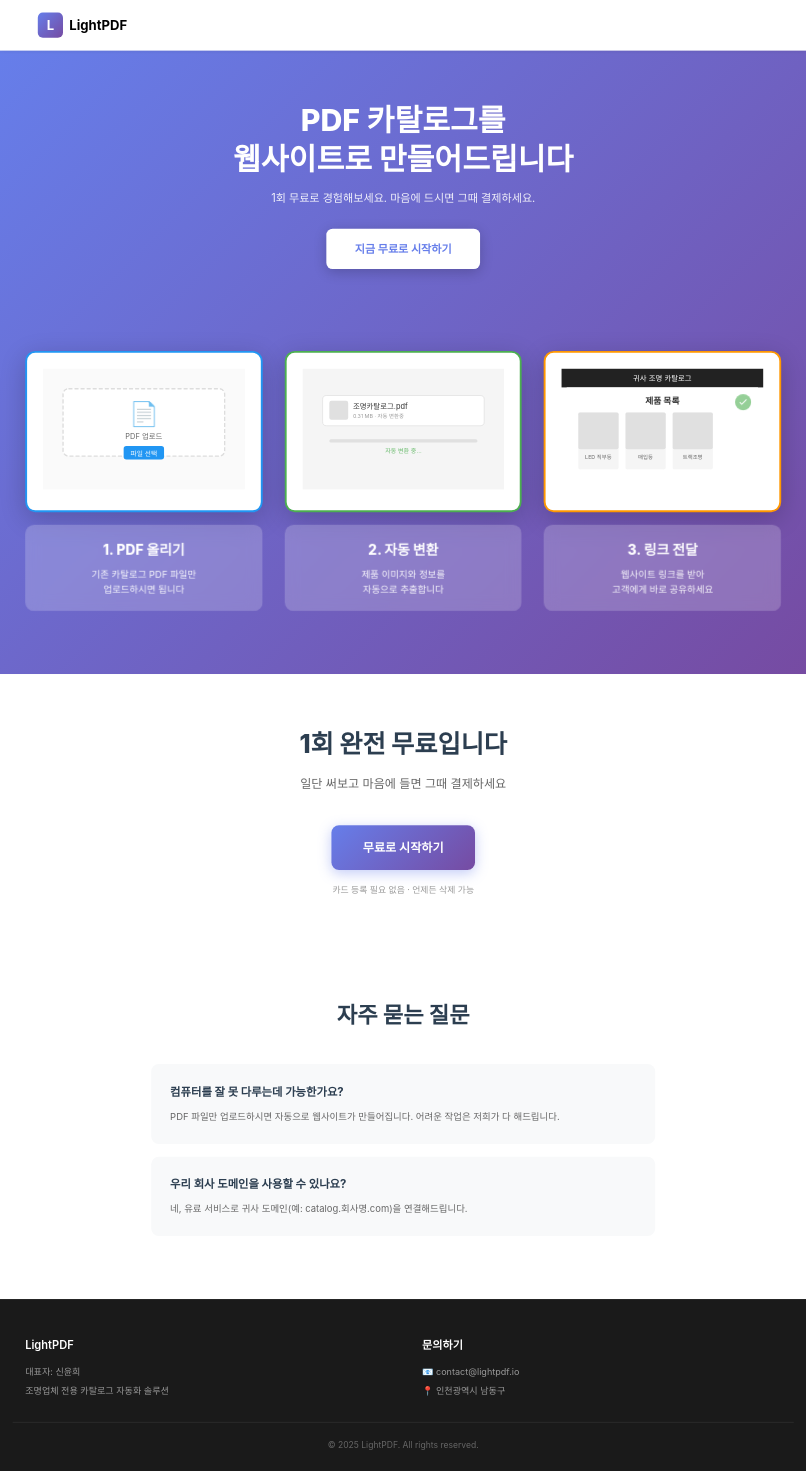
Repository: ororso11/catamaster
Page: frontend/public/index.html
These files come from the project's save history. The page is drawn as it stood at one moment and after the next save; the edit follows.
The browser window is 1280 px wide. The pictures show the whole page, at 63% of full size.

Above is the page before, as saved 2025-10-05 19:50:44.

### frontend/public/index.html
<!DOCTYPE html>
<html lang="ko">
<head>
    <meta charset="UTF-8">
    <meta name="viewport" content="width=device-width, initial-scale=1.0">
    <title>LightPDF - 조명업체 전용 카탈로그 자동 웹사이트</title>
    <link rel="stylesheet" href="style.css">
</head>
<body>
    <header>
        <div class="header-container">
            <div class="logo">
                <div class="logo-icon">L</div>
                <span>LightPDF</span>
            </div>
        </div>
    </header>

    <section class="hero">
        <div class="hero-content">
            <h1>PDF 카탈로그를<br>웹사이트로 만들어드립니다</h1>
            <!-- <p class="subtitle">조명업체를 위한 가장 쉬운 디지털 전환</p> -->
            <p class="hero-desc">1회 무료로 경험해보세요. 마음에 드시면 그때 결제하세요.</p>
            <a href="dashboard.html" class="cta-button">지금 무료로 시작하기</a>

            <div class="process-container">
                <div class="process-card">
                    <div class="card-inner card-1">
                        <svg viewBox="0 0 300 180" xmlns="http://www.w3.org/2000/svg">
                            <rect fill="#fafafa" width="300" height="180"/>
                            <rect x="30" y="30" width="240" height="100" rx="8" fill="white" stroke="#ddd" stroke-width="2" stroke-dasharray="6,3"/>
                            <text class="upload-icon" x="150" y="80" text-anchor="middle" font-size="35">📄</text>
                            <text x="150" y="105" text-anchor="middle" fill="#666" font-size="11">PDF 업로드</text>
                            <rect x="120" y="115" width="60" height="20" rx="4" fill="#2196F3"/>
                            <text x="150" y="130" text-anchor="middle" fill="white" font-size="10">파일 선택</text>
                        </svg>
                    </div>
                    <div class="card-description">
                        <h3>1. PDF 올리기</h3>
                        <p>기존 카탈로그 PDF 파일만<br>업로드하시면 됩니다</p>
                    </div>
                </div>

                <div class="process-card">
                    <div class="card-inner card-2">
                        <svg viewBox="0 0 300 180" xmlns="http://www.w3.org/2000/svg">
                            <rect fill="#f5f5f5" width="300" height="180"/>
                            <rect x="30" y="40" width="240" height="45" rx="6" fill="white" stroke="#ddd"/>
                            <rect x="40" y="48" width="28" height="28" rx="3" fill="#e0e0e0"/>
                            <text x="75" y="60" fill="#333" font-size="11">조명카탈로그.pdf</text>
                            <text x="75" y="73" fill="#999" font-size="8">0.31 MB · 자동 변환중</text>
                            <rect x="40" y="105" width="220" height="5" rx="2.5" fill="#e0e0e0"/>
                            <rect class="progress-bar" x="40" y="105" width="0" height="5" rx="2.5" fill="#4CAF50"/>
                            <text class="processing-text" x="150" y="125" text-anchor="middle" fill="#4CAF50" font-size="9">자동 변환 중...</text>
                        </svg>
                    </div>
                    <div class="card-description">
                        <h3>2. 자동 변환</h3>
                        <p>제품 이미지와 정보를<br>자동으로 추출합니다</p>
                    </div>
                </div>

                <div class="process-card">
                    <div class="card-inner card-3">
                        <svg viewBox="0 0 300 180" xmlns="http://www.w3.org/2000/svg">
                            <rect fill="#222" width="300" height="28"/>
                            <text x="150" y="19" text-anchor="middle" fill="white" font-size="11">귀사 조명 카탈로그</text>
                            <rect x="8" y="28" width="284" height="144" fill="#fff"/>
                            <text x="150" y="52" text-anchor="middle" fill="#333" font-size="13" font-weight="bold">제품 목록</text>

                            <g class="product-1">
                                <rect x="25" y="65" width="60" height="85" rx="3" fill="#f5f5f5"/>
                                <rect x="25" y="65" width="60" height="55" rx="3" fill="#e0e0e0"/>
                                <text x="55" y="135" text-anchor="middle" fill="#666" font-size="8">LED 직부등</text>
                            </g>

                            <g class="product-2">
                                <rect x="95" y="65" width="60" height="85" rx="3" fill="#f5f5f5"/>
                                <rect x="95" y="65" width="60" height="55" rx="3" fill="#e0e0e0"/>
                                <text x="125" y="135" text-anchor="middle" fill="#666" font-size="8">매입등</text>
                            </g>

                            <g class="product-3">
                                <rect x="165" y="65" width="60" height="85" rx="3" fill="#f5f5f5"/>
                                <rect x="165" y="65" width="60" height="55" rx="3" fill="#e0e0e0"/>
                                <text x="195" y="135" text-anchor="middle" fill="#666" font-size="8">트랙조명</text>
                            </g>

                            <g class="checkmark">
                                <circle cx="270" cy="50" r="12" fill="#4CAF50"/>
                                <path d="M 265 50 L 268 53 L 275 46" stroke="white" stroke-width="1.5" fill="none"/>
                            </g>
                        </svg>
                    </div>
                    <div class="card-description">
                        <h3>3. 링크 전달</h3>
                        <p>웹사이트 링크를 받아<br>고객에게 바로 공유하세요</p>
                    </div>
                </div>
            </div>
        </div>
    </section>

    <!-- 무료 체험 강조 섹션 -->
    <section class="free-trial">
        <div class="trial-container">
            <div class="trial-content">
                <h2>1회 완전 무료입니다</h2>
                <p class="trial-subtitle">일단 써보고 마음에 들면 그때 결제하세요</p>
                <a href="dashboard.html" class="trial-btn">무료로 시작하기</a>
                <p class="trial-note">카드 등록 필요 없음 · 언제든 삭제 가능</p>
            </div>
        </div>
    </section>

    <!-- FAQ -->
    <section class="faq">
        <div class="faq-container">
            <h2 class="section-title">자주 묻는 질문</h2>

            <div class="faq-list">

                <div class="faq-item">
                    <h4>컴퓨터를 잘 못 다루는데 가능한가요?</h4>
                    <p>PDF 파일만 업로드하시면 자동으로 웹사이트가 만들어집니다. 어려운 작업은 저희가 다 해드립니다.</p>
                </div>

                <div class="faq-item">
                    <h4>우리 회사 도메인을 사용할 수 있나요?</h4>
                    <p>네, 유료 서비스로 귀사 도메인(예: catalog.회사명.com)을 연결해드립니다.</p>
                </div>
            </div>
        </div>
    </section>

    <!-- <section class="partners">
        <h2 class="section-title">조명업계가 선택한 이유</h2>
        <p class="section-subtitle">함께 성장하는 파트너사들</p>

        <div class="partners-slider">
            <div class="partners-track">
                <div class="partner-card"><div class="partner-logo">💡</div><div class="partner-name">조명산업협회</div></div>
                <div class="partner-card"><div class="partner-logo">🏢</div><div class="partner-name">LED 제조사 연합</div></div>
                <div class="partner-card"><div class="partner-logo">🌟</div><div class="partner-name">인테리어 조명</div></div>
                <div class="partner-card"><div class="partner-logo">🔧</div><div class="partner-name">건축 조명</div></div>
                <div class="partner-card"><div class="partner-logo">🎯</div><div class="partner-name">스마트 조명</div></div>
                <div class="partner-card"><div class="partner-logo">💡</div><div class="partner-name">조명산업협회</div></div>
                <div class="partner-card"><div class="partner-logo">🏢</div><div class="partner-name">LED 제조사 연합</div></div>
                <div class="partner-card"><div class="partner-logo">🌟</div><div class="partner-name">인테리어 조명</div></div>
            </div>
        </div>
    </section> -->

    <footer>
        <div class="footer-content">
            <div class="footer-section">
                <h3>LightPDF</h3>
                <p>대표자: 신윤희</p>
                <p>조명업체 전용 카탈로그 자동화 솔루션</p>
            </div>
            <div class="footer-section">
                <h3>문의하기</h3>
                <p>📧 contact@lightpdf.io</p>
                <p>📍 인천광역시 남동구</p>
            </div>
        </div>
        <div class="footer-bottom">
            <p>&copy; 2025 LightPDF. All rights reserved.</p>
        </div>
    </footer>
</body>
</html>

### frontend/public/style.css
* {
    margin: 0;
    padding: 0;
    box-sizing: border-box;
}

body {
    font-family: -apple-system, BlinkMacSystemFont, 'Segoe UI', 'Malgun Gothic', sans-serif;
    color: #333;
    line-height: 1.6;
    overflow-x: hidden;
}

/* Header */
header {
    background: white;
    padding: 20px 0;
    box-shadow: 0 2px 5px rgba(0,0,0,0.05);
    position: sticky;
    top: 0;
    z-index: 100;
}

.header-container {
    max-width: 1200px;
    margin: 0 auto;
    padding: 0 20px;
}

.logo {
    display: flex;
    align-items: center;
    gap: 10px;
    font-size: 1.3rem;
    font-weight: 700;
    color: #000;
}

.logo-icon {
    width: 40px;
    height: 40px;
    background: linear-gradient(135deg, #667eea, #764ba2);
    border-radius: 8px;
    display: flex;
    align-items: center;
    justify-content: center;
    color: white;
    font-size: 1.3rem;
}

/* Hero */
.hero {
    background: linear-gradient(135deg, #667eea 0%, #764ba2 100%);
    padding: 80px 20px 100px;
    text-align: center;
}

.hero-content {
    max-width: 1200px;
    margin: 0 auto;
}

.hero h1 {
    font-size: 3rem;
    font-weight: 800;
    margin-bottom: 15px;
    color: white;
    line-height: 1.3;
}

.subtitle {
    font-size: 1.4rem;
    color: rgba(255, 255, 255, 0.95);
    margin-bottom: 15px;
    font-weight: 600;
}

.hero-desc {
    font-size: 1.1rem;
    color: rgba(255, 255, 255, 0.9);
    margin-bottom: 35px;
}

.cta-button {
    display: inline-block;
    padding: 18px 45px;
    background: white;
    color: #667eea;
    text-decoration: none;
    border-radius: 10px;
    font-weight: 700;
    font-size: 1.1rem;
    transition: all 0.3s;
    box-shadow: 0 5px 20px rgba(0, 0, 0, 0.2);
    margin-bottom: 60px;
}

.cta-button:hover {
    transform: translateY(-3px);
    box-shadow: 0 8px 25px rgba(0, 0, 0, 0.3);
}

/* 프로세스 */
.process-container {
    margin-top: 70px;
    display: grid;
    grid-template-columns: repeat(3, 1fr);
    gap: 35px;
    max-width: 1200px;
    margin-left: auto;
    margin-right: auto;
}

.process-card {
    text-align: center;
}

.card-inner {
    background: white;
    border-radius: 16px;
    padding: 25px;
    box-shadow: 0 10px 40px rgba(0, 0, 0, 0.2);
    margin-bottom: 20px;
    transition: all 0.4s cubic-bezier(0.175, 0.885, 0.32, 1.275);
}

.card-1 {
    border: 3px solid #2196F3;
}

.card-2 {
    border: 3px solid #4CAF50;
}

.card-3 {
    border: 3px solid #FF9800;
}

.card-inner:hover {
    transform: translateY(-12px) scale(1.03);
    box-shadow: 0 20px 60px rgba(0, 0, 0, 0.3);
}

.card-inner svg {
    width: 100%;
    height: auto;
}

.card-description {
    background: rgba(255, 255, 255, 0.2);
    border-radius: 14px;
    padding: 22px;
    backdrop-filter: blur(12px);
}

.card-description h3 {
    color: white;
    font-size: 22px;
    font-weight: 800;
    margin-bottom: 10px;
}

.card-description p {
    color: rgba(255, 255, 255, 0.95);
    font-size: 15px;
    line-height: 1.6;
}

/* 애니메이션 */
.card-1:hover .upload-icon {
    animation: bounce 1s ease-in-out infinite;
}

@keyframes bounce {
    0%, 100% { transform: translateY(0); }
    50% { transform: translateY(-10px); }
}

.progress-bar {
    animation: fillProgress 2.5s ease-in-out infinite;
}

@keyframes fillProgress {
    0% { width: 0; }
    50% { width: 220px; }
    100% { width: 0; }
}

.processing-text {
    animation: blink 1.5s ease-in-out infinite;
}

@keyframes blink {
    0%, 100% { opacity: 0.3; }
    50% { opacity: 1; }
}

.product-1, .product-2, .product-3 {
    opacity: 0;
    animation: fadeIn 3s ease-in-out infinite;
}

.product-1 {
    animation-delay: 0s;
}

.product-2 {
    animation-delay: 0.4s;
}

.product-3 {
    animation-delay: 0.8s;
}

.checkmark {
    opacity: 0;
    animation: fadeIn 3s ease-in-out infinite;
    animation-delay: 1.5s;
}

@keyframes fadeIn {
    0%, 100% { opacity: 0; }
    30%, 70% { opacity: 1; }
}

/* 무료 체험 섹션 */
.free-trial {
    padding: 80px 20px;
    background: white;
}

.trial-container {
    max-width: 900px;
    margin: 0 auto;
    text-align: center;
}

.trial-content h2 {
    font-size: 2.5rem;
    font-weight: 800;
    color: #2c3e50;
    margin-bottom: 15px;
}

.trial-subtitle {
    font-size: 1.2rem;
    color: #666;
    margin-bottom: 50px;
}

.trial-features {
    display: grid;
    grid-template-columns: repeat(3, 1fr);
    gap: 30px;
    margin-bottom: 50px;
    text-align: left;
}

.trial-feature {
    display: flex;
    gap: 15px;
}

.trial-icon {
    font-size: 32px;
    color: #4CAF50;
    flex-shrink: 0;
}

.trial-text h4 {
    font-size: 18px;
    font-weight: 700;
    color: #2c3e50;
    margin-bottom: 5px;
}

.trial-text p {
    font-size: 14px;
    color: #666;
}

.trial-btn {
    display: inline-block;
    padding: 20px 50px;
    background: linear-gradient(135deg, #667eea, #764ba2);
    color: white;
    text-decoration: none;
    border-radius: 12px;
    font-weight: 700;
    font-size: 1.2rem;
    transition: all 0.3s;
    box-shadow: 0 5px 20px rgba(102, 126, 234, 0.4);
}

.trial-btn:hover {
    transform: translateY(-3px);
    box-shadow: 0 8px 30px rgba(102, 126, 234, 0.5);
}

.trial-note {
    margin-top: 20px;
    font-size: 14px;
    color: #999;
}

/* 유료 서비스 */
.paid-services {
    padding: 80px 20px;
    background: #f8f9fa;
}

.services-container {
    max-width: 1200px;
    margin: 0 auto;
}

.section-title {
    text-align: center;
    font-size: 2.2rem;
    color: #2c3e50;
    margin-bottom: 12px;
    font-weight: 700;
}

.section-subtitle {
    text-align: center;
    color: #666;
    margin-bottom: 50px;
    font-size: 1rem;
}

.services-grid {
    display: grid;
    grid-template-columns: repeat(4, 1fr);
    gap: 25px;
    margin-bottom: 60px;
}

.service-card {
    background: white;
    padding: 35px 25px;
    border-radius: 12px;
    text-align: center;
    box-shadow: 0 3px 15px rgba(0,0,0,0.08);
    transition: all 0.3s;
}

.service-card:hover {
    transform: translateY(-5px);
    box-shadow: 0 8px 25px rgba(0,0,0,0.12);
}

.service-icon {
    font-size: 48px;
    margin-bottom: 20px;
}

.service-card h3 {
    font-size: 18px;
    font-weight: 700;
    color: #2c3e50;
    margin-bottom: 12px;
}

.service-card p {
    font-size: 14px;
    color: #666;
    margin-bottom: 20px;
    line-height: 1.5;
}

.service-price {
    font-size: 20px;
    font-weight: 700;
    color: #667eea;
}

/* 패키지 */
.package-offer {
    max-width: 700px;
    margin: 0 auto;
}

.package-card {
    background: linear-gradient(135deg, #667eea, #764ba2);
    padding: 50px;
    border-radius: 16px;
    text-align: center;
    color: white;
    position: relative;
    box-shadow: 0 10px 40px rgba(102, 126, 234, 0.3);
}

.package-badge {
    position: absolute;
    top: -15px;
    left: 50%;
    transform: translateX(-50%);
    background: #FF9800;
    padding: 8px 24px;
    border-radius: 20px;
    font-weight: 700;
    font-size: 14px;
}

.package-card h3 {
    font-size: 28px;
    font-weight: 800;
    margin-bottom: 15px;
}

.package-card p {
    font-size: 16px;
    margin-bottom: 30px;
    opacity: 0.95;
}

.package-price {
    margin-bottom: 30px;
}

.price-main {
    display: block;
    font-size: 42px;
    font-weight: 800;
    margin-bottom: 8px;
}

.price-sub {
    font-size: 16px;
    opacity: 0.9;
}

.package-btn {
    display: inline-block;
    padding: 16px 40px;
    background: white;
    color: #667eea;
    text-decoration: none;
    border-radius: 10px;
    font-weight: 700;
    font-size: 16px;
    transition: all 0.3s;
}

.package-btn:hover {
    transform: translateY(-2px);
    box-shadow: 0 5px 20px rgba(255,255,255,0.3);
}

/* FAQ */
.faq {
    padding: 80px 20px;
    background: white;
}

.faq-container {
    max-width: 800px;
    margin: 0 auto;
}

.faq-list {
    margin-top: 50px;
}

.faq-item {
    background: #f8f9fa;
    padding: 30px;
    border-radius: 12px;
    margin-bottom: 20px;
}

.faq-item h4 {
    font-size: 18px;
    font-weight: 700;
    color: #2c3e50;
    margin-bottom: 12px;
}

.faq-item p {
    font-size: 15px;
    color: #666;
    line-height: 1.7;
}

/* Partners */
.partners {
    padding: 80px 20px;
    background: #f8f9fa;
    overflow: hidden;
}

.partners-slider {
    max-width: 1200px;
    margin: 0 auto;
    overflow: hidden;
}

.partners-track {
    display: flex;
    gap: 20px;
    animation: scroll 30s linear infinite;
}

@keyframes scroll {
    0% { transform: translateX(0); }
    100% { transform: translateX(-50%); }
}

.partner-card {
    min-width: 200px;
    background: white;
    padding: 35px 20px;
    border-radius: 12px;
    text-align: center;
    flex-shrink: 0;
}

.partner-logo {
    font-size: 2.8rem;
    margin-bottom: 12px;
}

.partner-name {
    font-weight: 600;
    color: #2c3e50;
    font-size: 0.95rem;
}

/* Footer */
footer {
    background: #1a1a1a;
    color: #999;
    padding: 60px 20px 30px;
}

.footer-content {
    max-width: 1200px;
    margin: 0 auto;
    display: grid;
    grid-template-columns: repeat(2, 1fr);
    gap: 60px;
    margin-bottom: 30px;
}

.footer-section h3 {
    margin-bottom: 15px;
    font-size: 1.1rem;
    color: white;
    font-weight: 600;
}

.footer-section p {
    color: #999;
    font-size: 0.9rem;
    margin-bottom: 8px;
}

.footer-bottom {
    text-align: center;
    padding-top: 25px;
    border-top: 1px solid #333;
    color: #666;
    font-size: 0.85rem;
}

/* 반응형 */
@media (max-width: 768px) {
    .hero h1 {
        font-size: 2rem;
    }

    .process-container {
        grid-template-columns: 1fr;
        gap: 40px;
    }

    .trial-features {
        grid-template-columns: 1fr;
    }

    .services-grid {
        grid-template-columns: 1fr;
    }

    .footer-content {
        grid-template-columns: 1fr;
    }
}

After the next save:
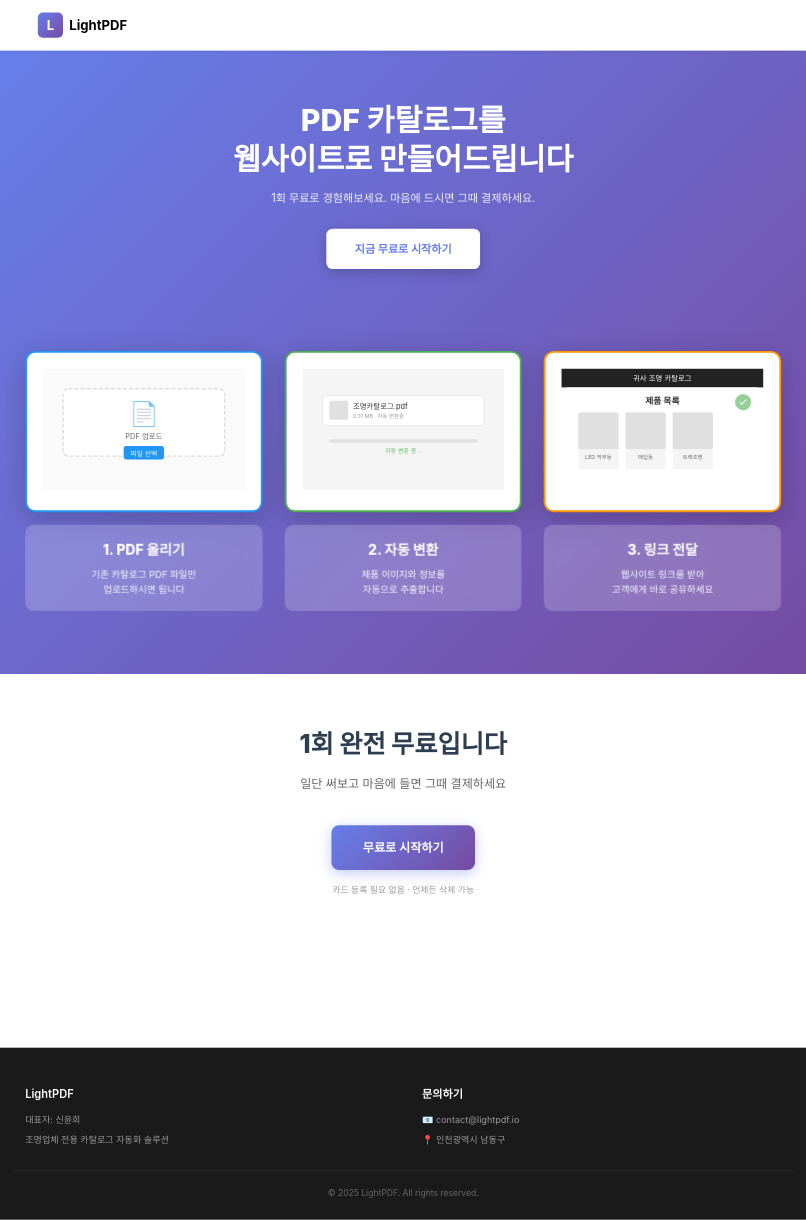
Saved 29 s later.
--- a/frontend/public/index.html
+++ b/frontend/public/index.html
@@ -115,22 +115,7 @@
 
     <!-- FAQ -->
     <section class="faq">
-        <div class="faq-container">
-            <h2 class="section-title">자주 묻는 질문</h2>
 
-            <div class="faq-list">
-
-                <div class="faq-item">
-                    <h4>컴퓨터를 잘 못 다루는데 가능한가요?</h4>
-                    <p>PDF 파일만 업로드하시면 자동으로 웹사이트가 만들어집니다. 어려운 작업은 저희가 다 해드립니다.</p>
-                </div>
-
-                <div class="faq-item">
-                    <h4>우리 회사 도메인을 사용할 수 있나요?</h4>
-                    <p>네, 유료 서비스로 귀사 도메인(예: catalog.회사명.com)을 연결해드립니다.</p>
-                </div>
-            </div>
-        </div>
     </section>
 
     <!-- <section class="partners">
